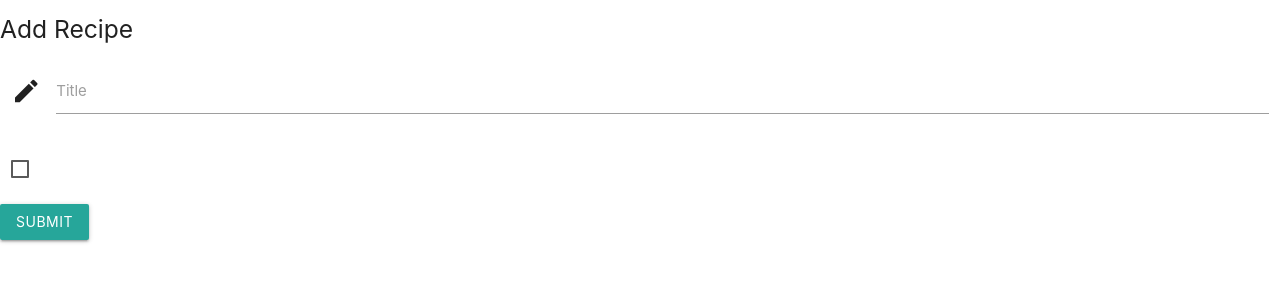
Repository: neillarkin/atari-app
Page: http://localhost/add_recipe
The author's editor kept a record of every edit. The page is drawn from the files as they stood at one moment, then again after the next edit.
The browser window is 1280 px wide. The pictures show the whole page.
The page is served by the project's application, run on Flask 3 (run.py). Queries for data that is not in the repository find no rows.

Above is the page before.

After the next edit:
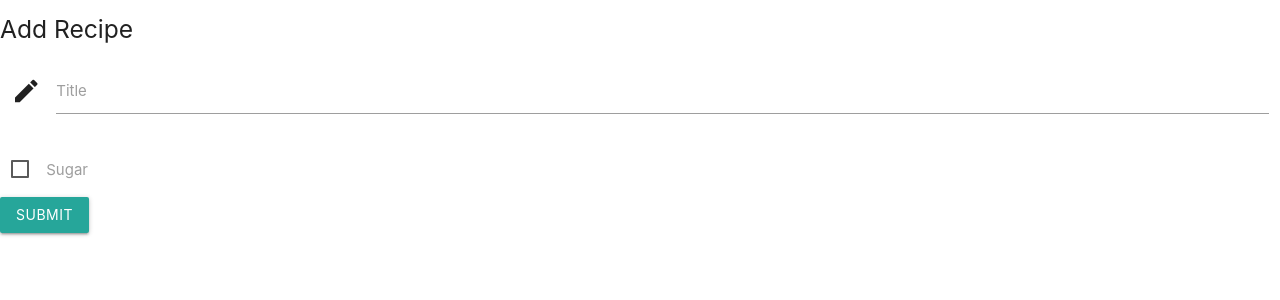
The edit:
--- a/templates/add_recipe.html
+++ b/templates/add_recipe.html
@@ -19,7 +19,7 @@
       <label>
         <input type="checkbox" />
         <span>
-
+     Sugar
         </span>
       </label>
 
